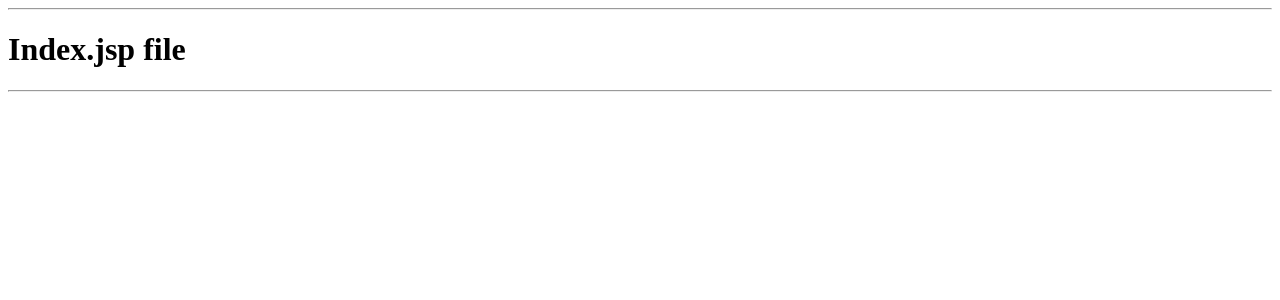
Repository: suraj-repositories/java-practice-2-advance-java-1
Page: http://localhost/Ad_09_JSPuse/
An editor plug-in stored every save of this project. The page is shown before and after the next save, followed by the edit.
The browser window is 1280 px wide. The pictures show the whole page.
The page is served by Tomcat 9. Other server files are loaded and not shown.

Above is the page before, as saved 2023-07-21 12:15:25.

### Ad_09_JSPuse/src/main/webapp/index.jsp
<%@ page language="java" contentType="text/html; charset=ISO-8859-1"
    pageEncoding="ISO-8859-1"%>
<!DOCTYPE html>
<html>
<head>
<meta charset="ISO-8859-1">
<title>Insert title here</title>
</head>
<body>
<hr>
<h1>Index.jsp file</h1>
<hr>

<%  %>

</body>
</html>

After the next save:
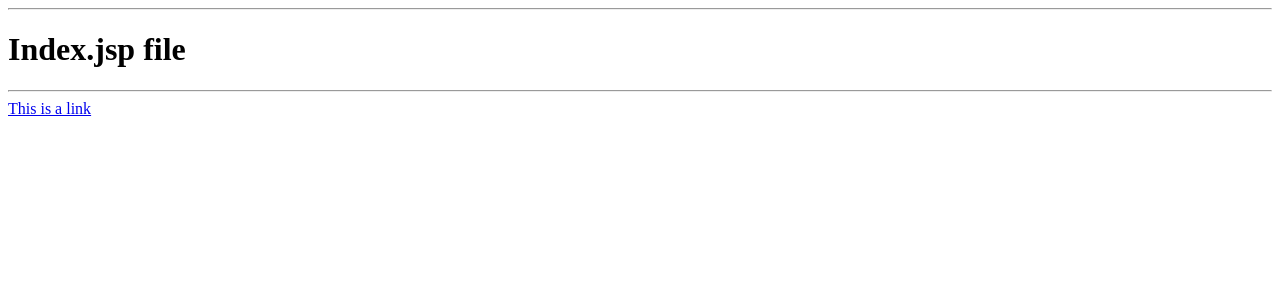
Saved 36 s later.
--- a/Ad_09_JSPuse/src/main/webapp/index.jsp
+++ b/Ad_09_JSPuse/src/main/webapp/index.jsp
@@ -10,7 +10,7 @@
 <hr>
 <h1>Index.jsp file</h1>
 <hr>
-
+<a href="link">This is a link</a>
 <%  %>
 
 </body>
